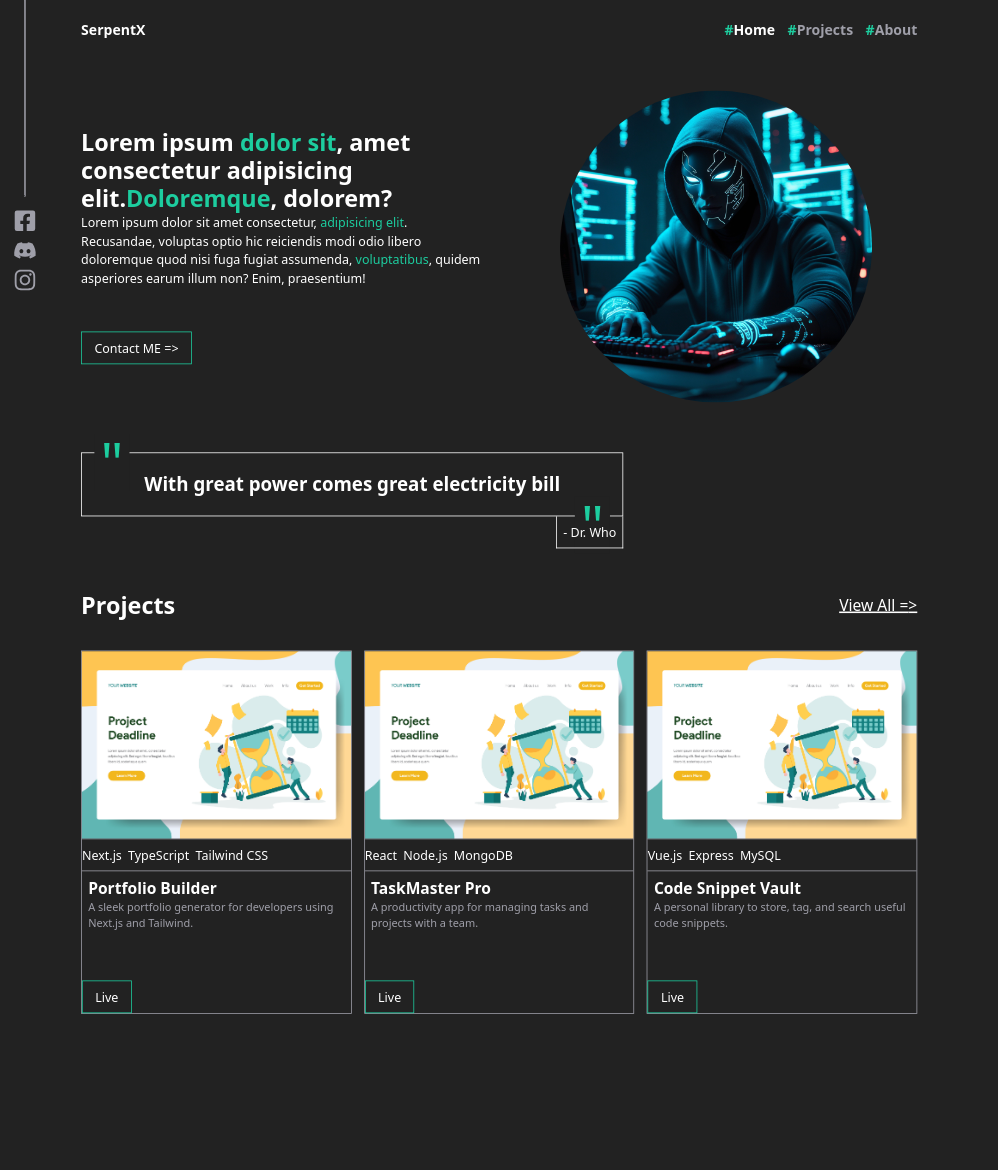
Repository: SERPENTX03/Portfolio-Tutorial
Page: /
An editor plug-in stored every save of this project. The page is shown before and after a run of saves, followed by the edit.
The browser window is 1280 px wide. The pictures show the whole page, at 78% of full size.
The project was rebuilt for these pictures with package versions that can differ from the ones it lists, and the page was loaded fresh each time. The framework's server and built-in components were replaced by stand-ins that run in the browser. Also part of the build but not shown: next.config.ts.

Above is the page before, as saved 2025-04-19 21:22:06.

After the next 3 saves:
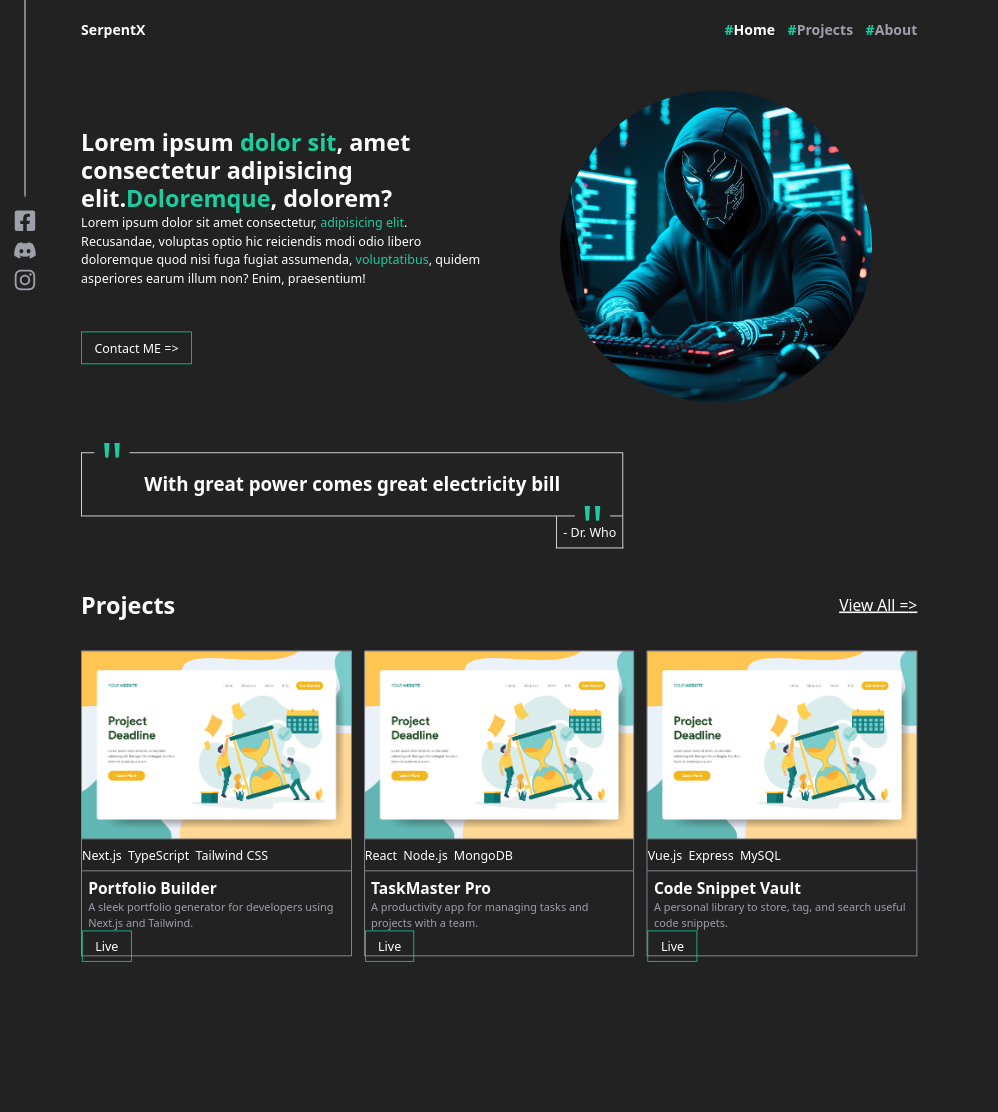
The 3 saves are shown as one change because they came seconds apart.
The last was saved 23 s later.
--- a/components/Projects.tsx
+++ b/components/Projects.tsx
@@ -30,7 +30,9 @@ const Projects = () => {
               <h3 className="text-xl font-bold">{project.title}</h3>
               <p className="text-sm text-text">{project.description}</p>
             </div>
-            <button className="hover-btn">Live</button>
+            <Link href="/projects" className="hover-btn">
+              Live
+            </Link>
           </div>
         ))}
       </div>
